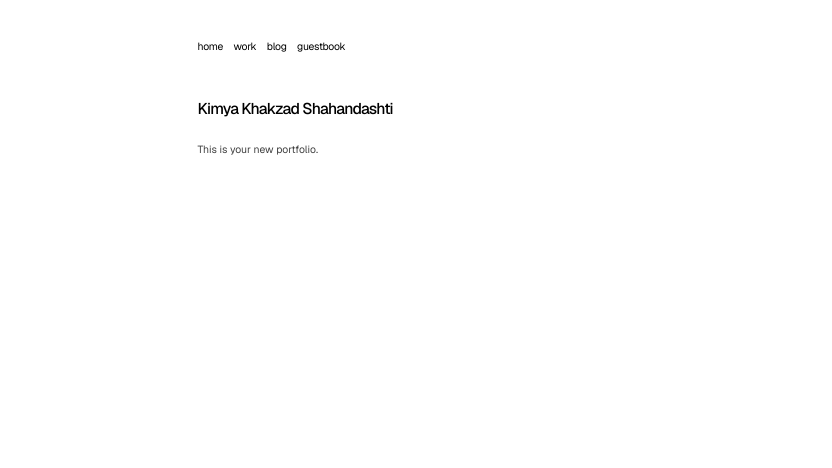
Repository: kimixz/kimixz.github.io
Page: /
An editor plug-in stored every save of this project. The page is shown before and after the next save, followed by the edit.
The browser window is 1280 px wide. The pictures show the whole page, at 65% of full size.
The project was rebuilt for these pictures with package versions that can differ from the ones it lists, and the page was loaded fresh each time. Some packages were replaced by stand-ins written for this rebuild. The framework's server and built-in components were replaced by stand-ins that run in the browser. Also part of the build but not shown: next.config.mjs, app/blog/[slug]/sandpack.tsx.

Above is the page before, as saved 2024-07-28 15:35:07.

After the next save:
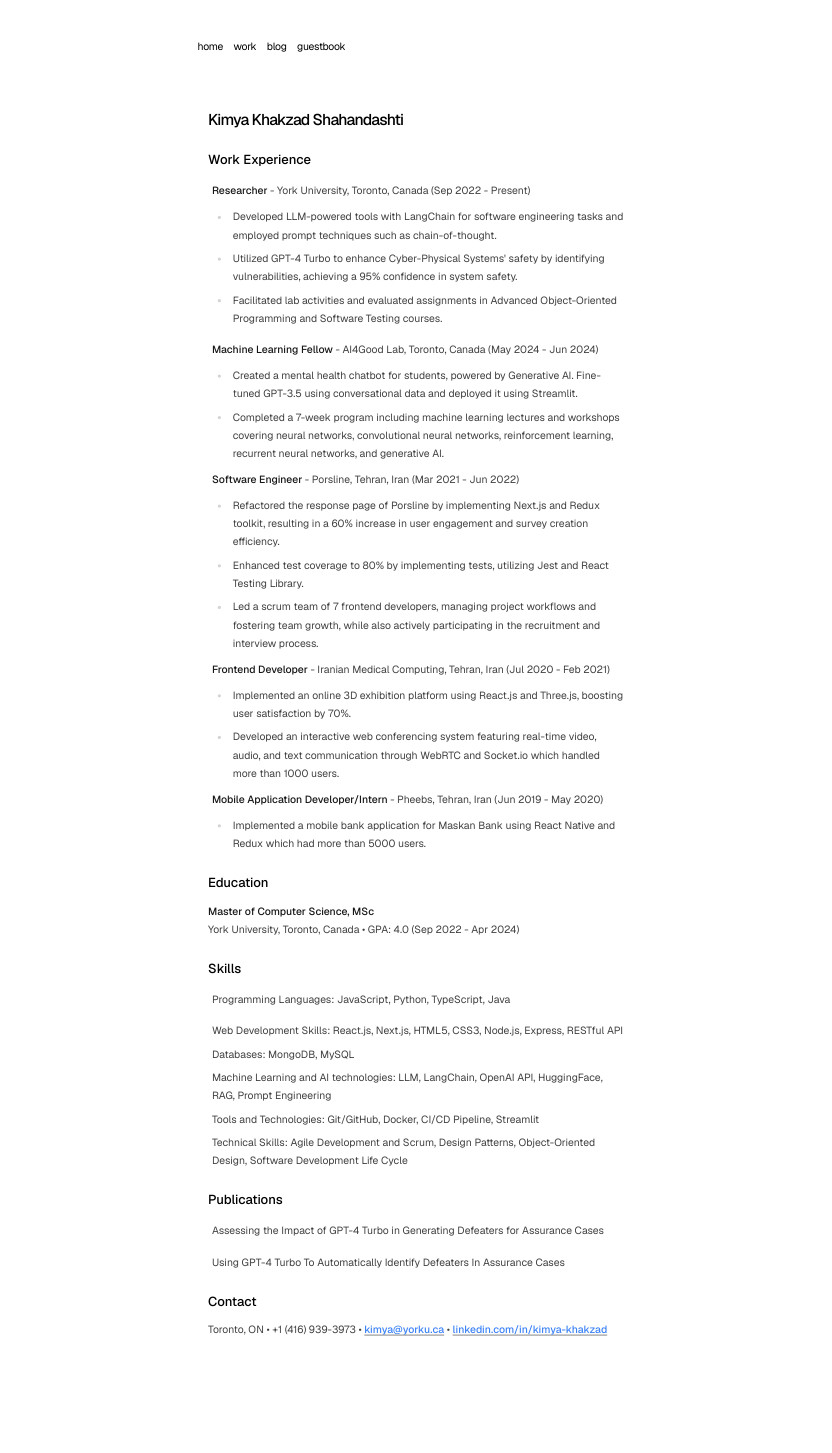
Saved 36 min 26 s later.
--- a/app/page.tsx
+++ b/app/page.tsx
@@ -1,10 +1,84 @@
 export default function Page() {
   return (
-    <section>
+    <section className="max-w-3xl mx-auto p-4">
       <h1 className="font-medium text-2xl mb-8 tracking-tighter">Kimya Khakzad Shahandashti</h1>
-      <p className="prose prose-neutral dark:prose-invert">
-        This is your new portfolio.
-      </p>
+
+      <section className="mb-8">
+        <h2 className="font-medium text-xl mb-4">Work Experience</h2>
+        <ul className="prose prose-neutral dark:prose-invert">
+          <li>
+            <strong>Researcher</strong> - York University, Toronto, Canada (Sep 2022 - Present)
+            <ul>
+              <li>Developed LLM-powered tools with LangChain for software engineering tasks and employed prompt techniques such as chain-of-thought.</li>
+              <li>Utilized GPT-4 Turbo to enhance Cyber-Physical Systems' safety by identifying vulnerabilities, achieving a 95% confidence in system safety.</li>
+              <li>Facilitated lab activities and evaluated assignments in Advanced Object-Oriented Programming and Software Testing courses.</li>
+            </ul>
+          </li>
+          <li>
+            <strong>Machine Learning Fellow</strong> - AI4Good Lab, Toronto, Canada (May 2024 - Jun 2024)
+            <ul>
+              <li>Created a mental health chatbot for students, powered by Generative AI. Fine-tuned GPT-3.5 using conversational data and deployed it using Streamlit.</li>
+              <li>Completed a 7-week program including machine learning lectures and workshops covering neural networks, convolutional neural networks, reinforcement learning, recurrent neural networks, and generative AI.</li>
+            </ul>
+          </li>
+          <li>
+            <strong>Software Engineer</strong> - Porsline, Tehran, Iran (Mar 2021 - Jun 2022)
+            <ul>
+              <li>Refactored the response page of Porsline by implementing Next.js and Redux toolkit, resulting in a 60% increase in user engagement and survey creation efficiency.</li>
+              <li>Enhanced test coverage to 80% by implementing tests, utilizing Jest and React Testing Library.</li>
+              <li>Led a scrum team of 7 frontend developers, managing project workflows and fostering team growth, while also actively participating in the recruitment and interview process.</li>
+            </ul>
+          </li>
+          <li>
+            <strong>Frontend Developer</strong> - Iranian Medical Computing, Tehran, Iran (Jul 2020 - Feb 2021)
+            <ul>
+              <li>Implemented an online 3D exhibition platform using React.js and Three.js, boosting user satisfaction by 70%.</li>
+              <li>Developed an interactive web conferencing system featuring real-time video, audio, and text communication through WebRTC and Socket.io which handled more than 1000 users.</li>
+            </ul>
+          </li>
+          <li>
+            <strong>Mobile Application Developer/Intern</strong> - Pheebs, Tehran, Iran (Jun 2019 - May 2020)
+            <ul>
+              <li>Implemented a mobile bank application for Maskan Bank using React Native and Redux which had more than 5000 users.</li>
+            </ul>
+          </li>
+        </ul>
+      </section>
+
+      <section className="mb-8">
+        <h2 className="font-medium text-xl mb-4">Education</h2>
+        <p className="prose prose-neutral dark:prose-invert">
+          <strong>Master of Computer Science, MSc</strong><br />
+          York University, Toronto, Canada • GPA: 4.0 (Sep 2022 - Apr 2024)
+        </p>
+      </section>
+
+      <section className="mb-8">
+        <h2 className="font-medium text-xl mb-4">Skills</h2>
+        <ul className="prose prose-neutral dark:prose-invert">
+          <li>Programming Languages: JavaScript, Python, TypeScript, Java</li>
+          <li>Web Development Skills: React.js, Next.js, HTML5, CSS3, Node.js, Express, RESTful API</li>
+          <li>Databases: MongoDB, MySQL</li>
+          <li>Machine Learning and AI technologies: LLM, LangChain, OpenAI API, HuggingFace, RAG, Prompt Engineering</li>
+          <li>Tools and Technologies: Git/GitHub, Docker, CI/CD Pipeline, Streamlit</li>
+          <li>Technical Skills: Agile Development and Scrum, Design Patterns, Object-Oriented Design, Software Development Life Cycle</li>
+        </ul>
+      </section>
+
+      <section className="mb-8">
+        <h2 className="font-medium text-xl mb-4">Publications</h2>
+        <ul className="prose prose-neutral dark:prose-invert">
+          <li>Assessing the Impact of GPT-4 Turbo in Generating Defeaters for Assurance Cases</li>
+          <li>Using GPT-4 Turbo To Automatically Identify Defeaters In Assurance Cases</li>
+        </ul>
+      </section>
+
+      <section>
+        <h2 className="font-medium text-xl mb-4">Contact</h2>
+        <p className="prose prose-neutral dark:prose-invert">
+          Toronto, ON • +1 (416) 939-3973 • <a href="mailto:kimya@yorku.ca" className="text-blue-500">kimya@yorku.ca</a> • <a href="https://linkedin.com/in/kimya-khakzad" className="text-blue-500">linkedin.com/in/kimya-khakzad</a>
+        </p>
+      </section>
     </section>
   );
 }
